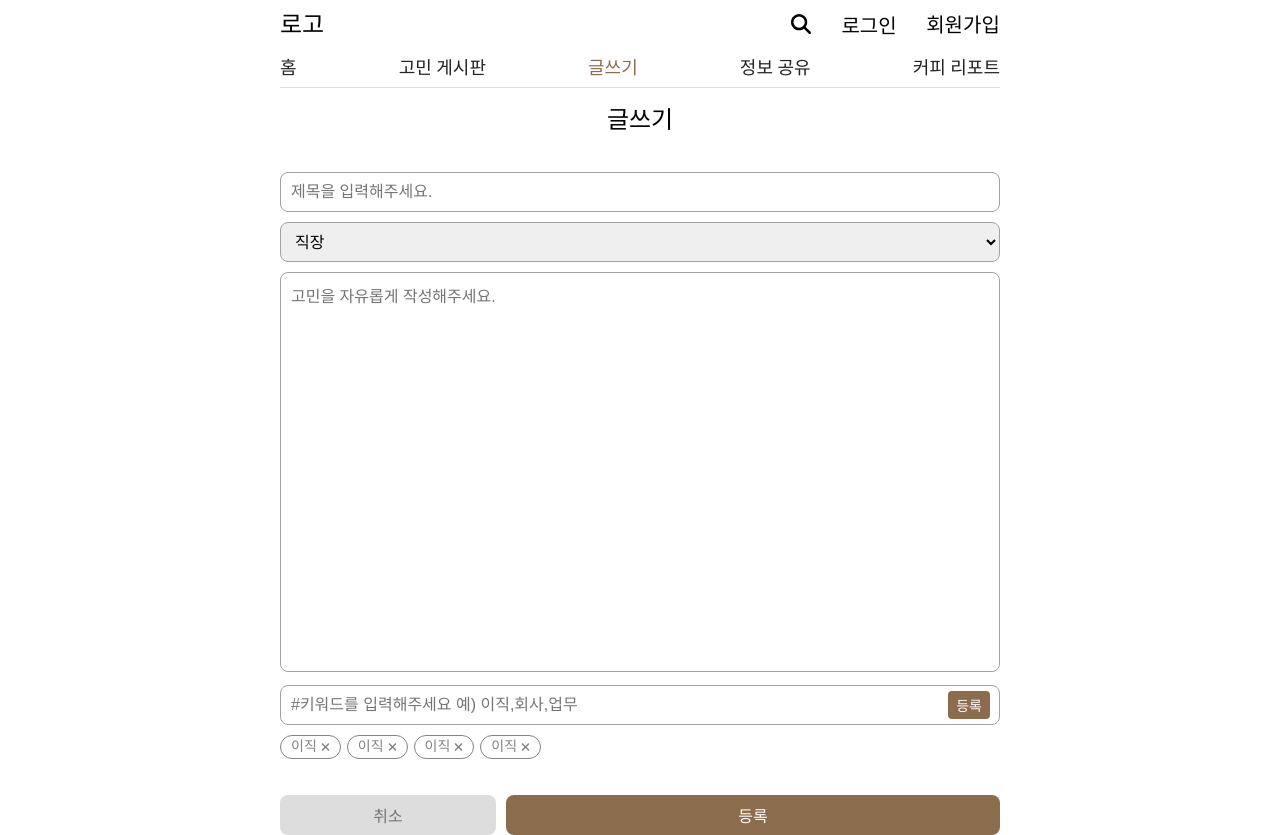
Repository: zlazlazla35/coffee
Page: /writing
The author's editor kept a copy of each file at every save. The page is drawn from the files as they stood at one save, then again after the next save.
The browser window is 1280 px wide. The pictures show the whole page.
The page's requests for data from a server got no answer. Some web fonts or font styles are not loaded; a fallback is used. The project was rebuilt for these pictures with package versions that can differ from the ones it lists, and the page was loaded fresh each time. The framework's server and built-in components were replaced by stand-ins that run in the browser. No one was signed in, and anything a server would have sent is missing. Also part of the build but not shown: next.config.mjs, src/app/LogOutButton.js.

Above is the page before, as saved 2025-01-08 17:43:22.

### src/app/layout.js
import { Geist, Geist_Mono } from "next/font/google";
import "./globals.css";
import Link from "next/link";
import { FontAwesomeIcon } from '@fortawesome/react-fontawesome'
import { faMagnifyingGlass, faUser } from '@fortawesome/free-solid-svg-icons'
import NavMenu from "./component/NavMenu";
import LoginButton from "./LoginButton";
import { getServerSession } from "next-auth";
import { authOptions } from "../../pages/api/auth/[...nextauth]";
import LogOutButton from "./LogOutButton";

const geistSans = Geist({
  variable: "--font-geist-sans",
  subsets: ["latin"],
});

const geistMono = Geist_Mono({
  variable: "--font-geist-mono",
  subsets: ["latin"],
});

export const metadata = {
  title: "Create Next App",
  description: "Generated by create next app",
};




export default async function RootLayout({ children }) {


const loginData = await getServerSession(authOptions);




  return (
    <html lang="en">
      <body className={`${geistSans.variable} ${geistMono.variable}`}>
        <div className="nav_bar">
          <div className="nav_bar_top">
            <Link className="logo" href={'/'}>로고</Link>
            <div className="userBox">
              <button>
                <FontAwesomeIcon icon={faMagnifyingGlass} />
              </button>
                {
                  loginData == null ? <LoginButton/> : <LogOutButton/>
                }
                {
                  loginData == null ? <Link href={'/join'}>회원가입</Link> : null
                }
            </div>
          </div>
          <div className="nav_bar_bottom">
            <NavMenu></NavMenu>
          </div>
        </div>
        {children}
      </body>
    </html>
  );
}

### src/app/writing/page.js
'use client'

import { useState } from "react"
import { FontAwesomeIcon } from '@fortawesome/react-fontawesome'
import { faXmark } from '@fortawesome/free-solid-svg-icons'


export default function Writing() {
    const option = [
        { value: 0, label: '직장' },
        { value: 1, label: '연애' },
        { value: 2, label: '취업/진로' },
        { value: 3, label: '가족' },
        { value: 4, label: '결혼/육아' },
        { value: 5, label: '친구' },
        { value: 6, label: '학업/고시' },
        { value: 7, label: '중독' },
        { value: 8, label: '사업/금전' },
        { value: 9, label: '질병/질환' }
    ]


    let [title, setTitle] = useState('');
    let [content, setContent] = useState('');
    let [time, setTime] = useState('');
    let [category, setCategory] = useState('');
    let [keyword, setKeyword] = useState('');
    let [keyword2, setKeyword2] = useState('');


    //현재 날짜
    const today = new Date();
    const formattedDate = `${today.getFullYear()}-${today.getMonth() + 1}-${today.getDate()}`;

    //현재시간 가져오기
    const currentTimer = () => {
        const hours = String(today.getHours()).padStart(2, "0");
        const minutes = String(today.getMinutes()).padStart(2, "0");
        setTime(`${hours}:${minutes}  `)
    }
    const startTimer = () => {
        setInterval(currentTimer, 1000)
    }
    startTimer()


    //카테고리 셀렉값 가져오기
    const handleSelect = (e) => {
        setCategory(e.target.value);
    };


    //키워드 반점 포함되어있는지 검사 후 배열로 변환
    const keyWordHandler = (keyword) => {
        const keyWord_regex = /,/;
        if (keyWord_regex.test(keyword)) {
            const str = keyword;
            const noSpaces = str.replace(/\s/g, '');
            const arr = noSpaces.split(",");
            setKeyword2(arr)
        } else {
            alert('예시에 맞게 작성해주세요.')
        }
    }





    return (
        <div className="writing">
            <h2 className="title">글쓰기</h2>
            <input type="text" name="name" placeholder="제목을 입력해주세요." onChange={(e) => {
                setTitle(e.target.value);
            }} />
            <select onChange={handleSelect} value={category}>
                {
                    option.map((data, i) => {
                        return (
                            <option key={i} value={data.label}>{data.label}</option>
                        )
                    })
                }
            </select>
            <textarea placeholder="고민을 자유롭게 작성해주세요." onChange={(e) => {
                setContent(e.target.value);
            }} />
            <div className="keyWord_box">
                <input type="text" placeholder="#키워드를 입력해주세요 예) 이직,회사,업무" onChange={(e) => { setKeyword(e.target.value) }} />
                <button className="keyWord_btn" type="submit" onClick={() => {
                    keyWordHandler(keyword);
                }}>등록</button>
            </div>
            <ul className="keyWord_tag">
                <li>이직<FontAwesomeIcon icon={faXmark} /></li>
                <li>이직<FontAwesomeIcon icon={faXmark} /></li>
                <li>이직<FontAwesomeIcon icon={faXmark} /></li>
                <li>이직<FontAwesomeIcon icon={faXmark} /></li>
            </ul>
            <div className="bottom_butBox">
                <button className="back">취소</button>
                <button className="complete" type="submit" onClick={() => {
                    fetch('/api/auth/writing', {
                        method: 'POST',
                        body: JSON.stringify({
                            title: title,
                            content: content,
                            date: formattedDate,
                            time: time,
                            keyword: keyword2,
                            category: category
                        })
                    }).then((res) => {
                        return res.jon()
                    }).then((result) => {
                        alert(result)
                    })
                }}>등록</button>
            </div>
        </div>
    )
}

### src/app/globals.css
@font-face {
    font-family: 'Ownglyph_StudyHard-Rg';
    src: url('https://fastly.jsdelivr.net/gh/projectnoonnu/2411-3@1.0/Ownglyph_StudyHard-Rg.woff2') format('woff2');
    font-weight: normal;
    font-style: normal;
}
@import url(https://cdn.jsdelivr.net/gh/moonspam/NanumSquare@1.0/nanumsquare.css);
/* /styles/reset.css */
body {font-family: 'Ownglyph_StudyHard-Rg' !important;}
html, body, div, span, applet, object, iframe,
h1, h2, h3, h4, h5, h6, p, blockquote, pre,
a, abbr, acronym, address, big, cite, code,
del, dfn, em, img, ins, kbd, q, s, samp,
small, strike, strong, sub, sup, tt, var,
b, u, i, center,
dl, dt, dd, ol, ul, li,
fieldset, form, label, legend,
table, caption, tbody, tfoot, thead, tr, th, td,
article, aside, canvas, details, embed,
figure, figcaption, footer, header, hgroup,
menu, nav, output, ruby, section, summary,
time, mark, audio, video {
	margin: 0;
	padding: 0;
	border: 0;
	font-size: 100%;
	font: inherit;
	vertical-align: baseline;
}
/* HTML5 display-role reset for older browsers */
article, aside, details, figcaption, figure,
footer, header, hgroup, menu, nav, section {
	display: block;
}
body {
	line-height: 1;
}
ol, ul {
	list-style: none;
}
blockquote, q {
	quotes: none;
}
blockquote:before, blockquote:after,
q:before, q:after {
	content: '';
	content: none;
}
table {
	border-collapse: collapse;
	border-spacing: 0;
}
input:focus {outline: none;}
a {text-decoration: none; color: inherit;}

input {font-family: 'NanumSquare', sans-serif !important;}
textarea {font-family: 'NanumSquare', sans-serif !important; outline: none !important; resize: none !important;}
select {font-family: 'NanumSquare', sans-serif !important; outline: none !important;}

.nav_bar {width: 100%; max-width: 720px; margin: 0 auto;}
.nav_bar .nav_bar_top {width: 100%; display: flex; align-items: center; justify-content: space-between; box-sizing: border-box; padding: 10px 0; }
.nav_bar .nav_bar_top .logo {font-size: 24px; }
.nav_bar .nav_bar_top .userBox {display: flex; align-items: center; width: 50%; justify-content: flex-end;}
.nav_bar .nav_bar_top .userBox a {width: 100%;  max-width: 74px; font-size: 20px; text-align: center;}
.nav_bar .nav_bar_top .userBox .userLogin{font-size: 18px; margin-right: 10px;}
.nav_bar .nav_bar_top .userBox button {width: 100%; max-width: 22px; display: block; background: none; border: none; padding: 0;}
.nav_bar .nav_bar_top .userBox button {margin-right: 20px;}
.nav_bar .nav_bar_top .userBox button svg {font-size: 20px;}
.nav_bar .nav_bar_top .userBox button:last-child {margin-right: 0;}
.nav_bar .nav_bar_top .userBox button.loginBtn {width: 100%;  max-width: 74px; font-size: 20px; font-family: 'Ownglyph_StudyHard-Rg' !important;}
.nav_bar .nav_bar_bottom {width: 100%; }
.nav_bar .nav_bar_bottom .nav_list {display: flex; align-items: center; justify-content: space-between; box-sizing: border-box; padding: 10px 0; border-bottom: 1px solid #ddd;}
.nav_bar .nav_bar_bottom .nav_list li { font-size: 18px; color: #232323; }
.nav_bar .nav_bar_bottom .nav_list li a.active {color: #8b6d4e; }


.liset_page {width: 100%; max-width: 720px; margin: 0 auto;}
.liset_page .top_border {width: 100%; max-width: 650px; border: 2px solid #8b6d4e; border-radius: 12px; display: flex; align-items: center; justify-content: center; font-size: 16px; box-sizing: border-box; padding: 4px; margin: 20px auto 30px;}
.liset_page .tag {width: 100%;}
.liset_page .tag .tag_list {width: 100%; display: flex; align-items: center; white-space: nowrap; overflow-x: scroll;}
.liset_page .tag .tag_list::-webkit-scrollbar {height: 8px;}
.liset_page .tag .tag_list::-webkit-scrollbar-thumb {background: #a89f96; border-radius: 10px; }
.liset_page .tag .tag_list::-webkit-scrollbar-track {background: rgba(123, 87, 8, 0.1); }
.liset_page .tag .tag_list li {background: #ddd; font-size: 16px; box-sizing: border-box; padding: 4px 8px; border-radius: 12px; margin-right: 10px; cursor: pointer;}
.liset_page .tag .tag_list li:last-child {margin-right: 0;}
.liset_page .tag .tag_list li.on {background: #8b6d4e; color: #fff;}
.liset_page .filterBox {width: 100%; display: flex; align-items: center; justify-content: space-between;}
.liset_page .filterBox .filterSelectBox {display: flex; position: relative; border: 1px solid #8f8f8f; border-radius: 10px; width: 100%; max-width: 69px; height: 28px; align-items: center; justify-content: center; margin: 20px 0; cursor: pointer;}
.liset_page .filterBox .filterSelectBox .title {font-size: 16px; color: #8f8f8f;}
.liset_page .filterBox .filterSelectBox .title svg {font-size: 14px; margin-left: 4px;}
.liset_page .filterBox .filterSelectBox .filterSelect {position: absolute; left: 50%; top: 34px; width: 100%; transform: translateX(-50%); border-radius: 8px; overflow: hidden; background: #fff; z-index: 999;}
.liset_page .filterBox .filterSelectBox .filterSelect {width: 100%; box-shadow: 2px 2px 12px rgba(0, 0, 0, 0.2);}
.liset_page .filterBox .filterSelectBox .filterSelect li {width: 100%; text-align: center; box-sizing: border-box; padding: 6px 0; border-bottom: 1px solid #ddd; font-size: 16px; color: #8f8f8f;}
.liset_page .filterBox .tag_reset{display: inline-block; box-sizing: border-box; padding: 4px; border: 1px solid #8f8f8f; background: none; color: #8f8f8f; font-size: 14px; border-radius: 10px;}


.liset_page .list_card {width: 100%; box-sizing: border-box; padding: 10px; border: 1px solid #232323; border-radius: 12px; margin-bottom: 40px; cursor: pointer;}
.liset_page .list_card .list_card_top {width: 100%; display: flex; align-items: center; justify-content: space-between; margin-bottom: 20px;}
.liset_page .list_card .list_card_top .title {display: inline-block; box-sizing: border-box; padding: 6px 16px; font-size: 14px; background: #8b6d4e; color: #fff; border-radius: 4px;}
.liset_page .list_card .list_card_top .bookIcon {display: inline-block;}
.liset_page .list_card .list_card_top .bookIcon svg {font-size: 20px;}
.liset_page .list_card .userText {width: 100%;}
.liset_page .list_card .userText .userTitle {font-size: 20px; font-weight: 600; margin-bottom: 4px;}
.liset_page .list_card .userText .userId {font-size: 14px; color: #a2a2a2;}
.liset_page .list_card .userText .text {margin-top: 40px; font-size: 18px; white-space:pre-wrap ; text-overflow: ellipsis;    display: -webkit-box; -webkit-line-clamp: 3; -webkit-box-orient: vertical; overflow: hidden;}
.liset_page .list_card .list_card_bottom {width: 100%; display: flex; align-items: center; justify-content: space-between; margin-top: 40px;}
.liset_page .list_card .list_card_bottom .tag {display: flex; align-items: center;}
.liset_page .list_card .list_card_bottom .tag li {font-size: 16px; margin-right: 10px; color: #8b6d4e;}
.liset_page .list_card .list_card_bottom .comment {display: flex; align-items: center; justify-content: flex-end; font-size: 16px; color: #a2a2a2;}
.liset_page .list_card .list_card_bottom .comment  svg {font-size: 20px; margin-right: 4px; color: #8b6d4e;}



.writing {width: 100%; max-width: 720px; margin: 0 auto; text-align: center; overflow: hidden;}
.writing .title {font-size: 24px; margin: 20px 0 40px;}
.writing {width: 100%;}
.writing input {width: 100%; height: 40px; box-sizing: border-box; padding: 10px; font-size: 16px;  border-radius: 8px; border: 1px solid #a2a2a2;}
.writing .bottom_butBox {width: 100%; display: flex; align-items: center; justify-content: space-between; margin-top: 70px;}
.writing button.complete {width: calc(70% - 10px); height: 40px; background: #8b6d4e; color: #fff; font-size: 16px; border: none; border-radius: 8px; }
.writing button.back {width: 30%;  height: 40px; background: #ddd; color: #757575; font-size: 16px; border: none; border-radius: 8px; margin-right: 10px;}
.writing select {width: 100%; height: 40px; box-sizing: border-box; padding: 10px; font-size: 16px; margin: 10px 0; border-radius: 8px; border: 1px solid #a2a2a2;}
.writing textarea {width: 100%; height: 400px; box-sizing: border-box; padding: 10px; font-size: 16px; margin-bottom: 10px; border-radius: 8px; border: 1px solid #a2a2a2;}
.writing .keyWord_box {position: relative; margin-bottom: 10px;}
.writing .keyWord_box .keyWord_btn{position: absolute; right: 10px; top: 50%; transform: translateY(-50%); margin: 0; padding: 4px 8px; background: #8b6d4e; color: #fff; font-size: 14px; border: none; border-radius: 4px;}
.writing .keyWord_tag {width: 100%; float: left;}
.writing .keyWord_tag li { float: left; display: inline-block; border: 1px solid #868380; color: #868380; box-sizing: border-box; padding: 4px 10px; border-radius: 12px; margin-right: 6px; font-size: 14px;}
.writing .keyWord_tag li:last-child {margin-right: 0;}
.writing .keyWord_tag li svg {font-size: 12px; margin-left: 4px;}

### src/app/component/NavMenu.js
'use client'

import Link from "next/link";
import { usePathname } from "next/navigation";

export default function NavMenu() {
    const pathname = usePathname();

    return (
        <ul className="nav_list">
            <li>
                <Link href={'/'}>홈</Link>
            </li>
            <li>
                <Link className={pathname == '/list'? 'active' : null} href={'/list'}>고민 게시판</Link>
            </li>
            <li>
                <Link className={pathname == '/writing'? 'active' : null} href={'/writing'}>글쓰기</Link>
            </li>
            <li>
                <Link className={pathname == '/share'? 'active' : null} href={'/share'}>정보 공유</Link>
            </li>
            <li>
                <Link className={pathname == '/report'? 'active' : null} href={'/report'}>커피 리포트</Link>
            </li>
        </ul>
    )
}

### src/app/LoginButton.js
"use client";
import { signIn } from "next-auth/react";
import { FontAwesomeIcon } from '@fortawesome/react-fontawesome'
import { faUser } from '@fortawesome/free-solid-svg-icons'


export default function LoginButton() {
    return (
        <button className="loginBtn" onClick={() => { signIn(); }}>
            로그인
        </button>
    )
}

### pages/api/auth/[...nextauth].js

import { connectDB } from "../../../utill/database";
import { MongoDBAdapter } from "@next-auth/mongodb-adapter";
import NextAuth, { getServerSession } from "next-auth";
import GithubProvider from "next-auth/providers/github";
import CredentialsProvider from "next-auth/providers/credentials";
import bcrypt from "bcrypt";






export const authOptions = {


  providers: [
    GithubProvider({
      clientId: 'Ov23liQhKFsCYfEF01pm',
      clientSecret: '1b2a947c09b799f2f4cdc959298391cf7b81e72f',
    }),

    CredentialsProvider({
      //1. 로그인페이지 폼 자동생성해주는 코드
      name: "credentials",
      credentials: {
        email: { label: "email", type: "text" },
        password: { label: "password", type: "password" },
      },

      //2. 로그인요청시 실행되는코드
      //직접 DB에서 아이디,비번 비교하고
      //아이디,비번 맞으면 return 결과, 틀리면 return null 해야함
      async authorize(credentials) {
        let db = (await connectDB).db('coffee');
        let user = await db.collection('user_cred').findOne({ email: credentials.email })
        if (!user) {
          console.log('가입되어있는 이메일이 없습니다.');
          return null
        }
        const pwcheck = await bcrypt.compare(credentials.password, user.password);
        if (!pwcheck) {
          console.log('비밀번호를 확인해주세요.');
          return null
        }
        return user
      }
    })
  ],

  //3. jwt 써놔야 잘됩니다 + jwt 만료일설정
  session: {
    strategy: 'jwt',
    maxAge: 30 * 24 * 60 * 60 //30일
  },


  callbacks: {
    //4. jwt 만들 때 실행되는 코드
    //user변수는 DB의 유저정보담겨있고 token.user에 뭐 저장하면 jwt에 들어갑니다.
    jwt: async ({ token, user }) => {
      if (user) {
        token.user = {};
        token.user.name = user.name
        token.user.email = user.email
      }
      return token;
    },
    //5. 유저 세션이 조회될 때 마다 실행되는 코드
    session: async ({ session, token }) => {
      session.user = token.user;
      return session;
    }

  },







  adapter: MongoDBAdapter(connectDB),
  secret: process.env.NEXTAUTH_SECRET ,
};
export default NextAuth(authOptions);

### utill/database.js
import { MongoClient } from 'mongodb'
const url = 'mongodb+srv://admin:aabbcc2376@cluster0.m6lqa.mongodb.net/?retryWrites=true&w=majority&appName=Cluster0'
let connectDB

if (process.env.NODE_ENV === 'development') {
    if (!global._mongo) {
        global._mongo = new MongoClient(url).connect()
    }
    connectDB = global._mongo
} else {
    connectDB = new MongoClient(url).connect()
}

export { connectDB }

After the next save:
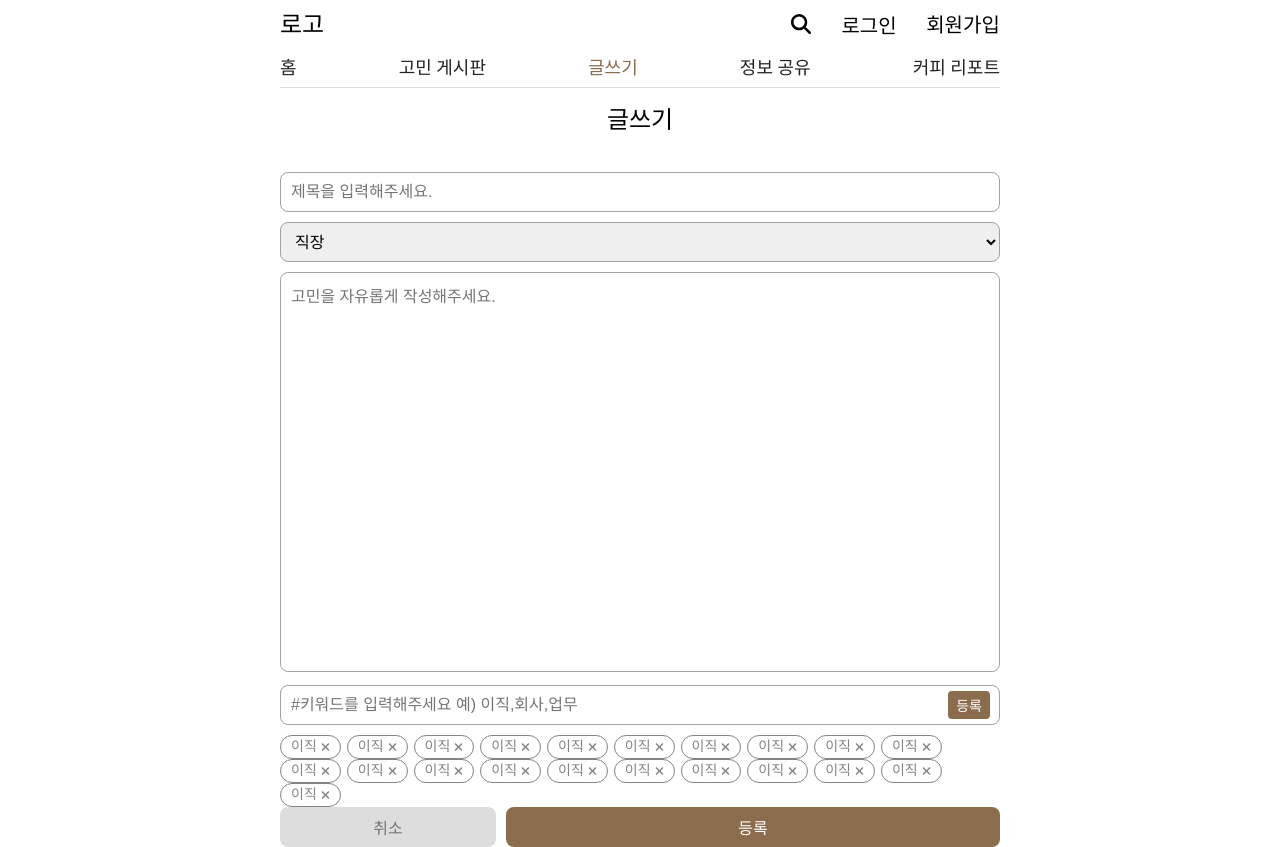
Saved 38 s later.
--- a/src/app/writing/page.js
+++ b/src/app/writing/page.js
@@ -96,6 +96,23 @@ export default function Writing() {
                 <li>이직<FontAwesomeIcon icon={faXmark} /></li>
                 <li>이직<FontAwesomeIcon icon={faXmark} /></li>
                 <li>이직<FontAwesomeIcon icon={faXmark} /></li>
+                <li>이직<FontAwesomeIcon icon={faXmark} /></li>
+                <li>이직<FontAwesomeIcon icon={faXmark} /></li>
+                <li>이직<FontAwesomeIcon icon={faXmark} /></li>
+                <li>이직<FontAwesomeIcon icon={faXmark} /></li>
+                <li>이직<FontAwesomeIcon icon={faXmark} /></li>
+                <li>이직<FontAwesomeIcon icon={faXmark} /></li>
+                <li>이직<FontAwesomeIcon icon={faXmark} /></li>
+                <li>이직<FontAwesomeIcon icon={faXmark} /></li>
+                <li>이직<FontAwesomeIcon icon={faXmark} /></li>
+                <li>이직<FontAwesomeIcon icon={faXmark} /></li>
+                <li>이직<FontAwesomeIcon icon={faXmark} /></li>
+                <li>이직<FontAwesomeIcon icon={faXmark} /></li>
+                <li>이직<FontAwesomeIcon icon={faXmark} /></li>
+                <li>이직<FontAwesomeIcon icon={faXmark} /></li>
+                <li>이직<FontAwesomeIcon icon={faXmark} /></li>
+                <li>이직<FontAwesomeIcon icon={faXmark} /></li>
+                <li>이직<FontAwesomeIcon icon={faXmark} /></li>
             </ul>
             <div className="bottom_butBox">
                 <button className="back">취소</button>
